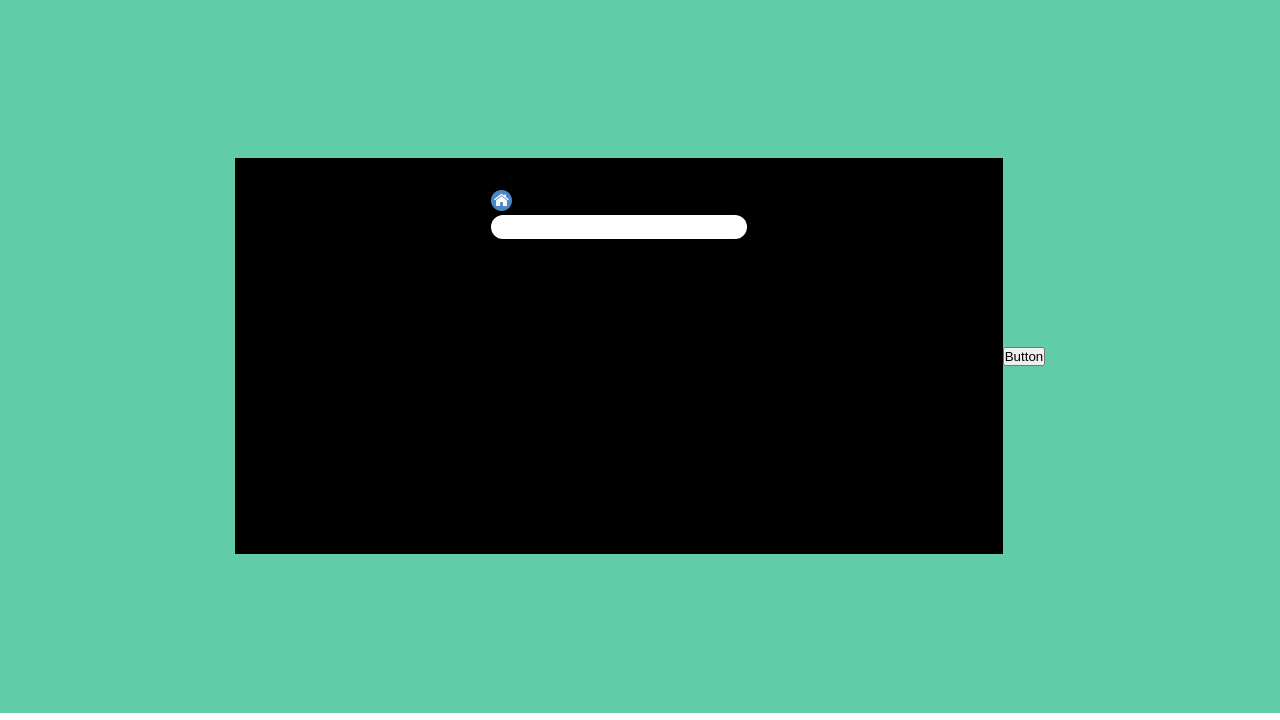
Repository: gitveerak/git-message-chat
Page: demo/demo1.html
These files come from the project's save history. The page is drawn as it stood at one moment and after the next save; the edit follows.
The browser window is 1280 px wide. The pictures show the whole page.

Above is the page before, as saved 2025-04-20 18:17:06.

### demo/demo1.html
<!DOCTYPE html>
<html lang="en">
<head>
    <meta charset="UTF-8">
    <meta name="viewport" content="width=device-width, initial-scale=1.0">
    <title>Demo Page</title>
    <style>
        *{
            padding: 0;
            margin: 0;
            box-sizing: border-box;
        }
        .wrap{
            height: 99vh;
            width: 100vw;
            background-color: rgb(97, 204, 168);
            display: flex;
            justify-content: center;
            align-items: center;
        }
        .wrap_inner{
            background-color: black;
            width: 60vw;
            height: 55vh;
            position: relative;
        }
        .img_icon{
            vertical-align: bottom;
            position: absolute;
            top: 2em;
            left: 50%;
            transform: translateX(-50%);
            z-index: 99;
        }
        .icon_bar{
            z-index: 90;
            width: 20vw;
            height: 1.5em;
            border-radius: 5em;
            background-color: white;
        }
    </style>
</head>
<body>
    <div class="wrap">
        <div class="wrap_inner">
            <div class="img_icon">
                <img src="home.png" alt="home_png">
                <div class="icon_bar">
                </div>
            </div>
        </div>
        <button type="button" onclick="btn()">Button</button>
    </div>
    <script>
        // const icon = document.querySelector('.icon');
        // function btn() {
        //     icon.style.display='block';
        //     setTimeout(() => {
        //     icon.style.display='none';
        //     }, 6000);
        // }
    </script>
</body>
</html>

After the next save:
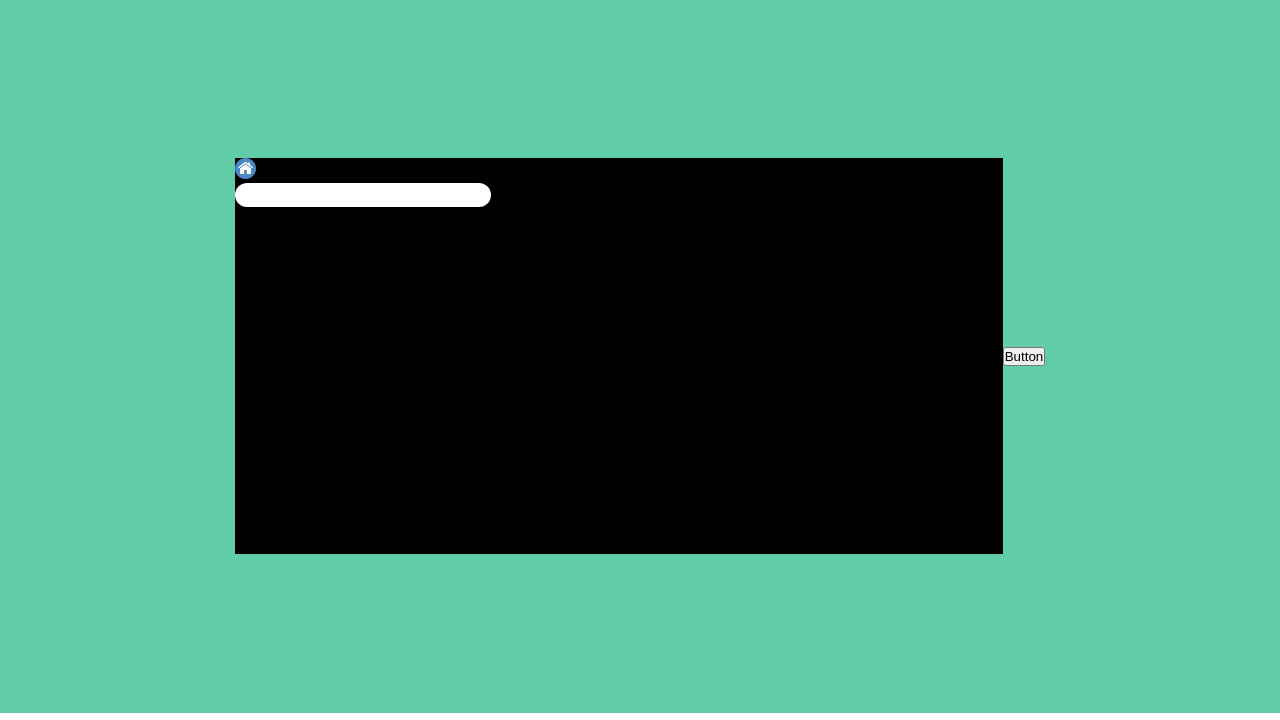
Saved 24 s later.
--- a/demo/demo1.html
+++ b/demo/demo1.html
@@ -26,14 +26,8 @@
         }
         .img_icon{
             vertical-align: bottom;
-            position: absolute;
-            top: 2em;
-            left: 50%;
-            transform: translateX(-50%);
-            z-index: 99;
         }
         .icon_bar{
-            z-index: 90;
             width: 20vw;
             height: 1.5em;
             border-radius: 5em;
